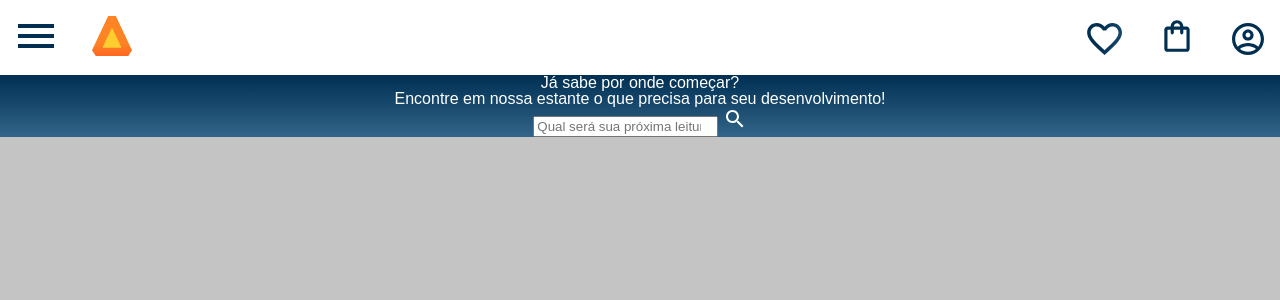
Repository: DamnDTX/projeto-mobile
Page: index.html
These files come from the project's save history. The page is drawn as it stood at one moment and after the next save; the edit follows.
The browser window is 1280 px wide. The pictures show the whole page.

Above is the page before, as saved 2023-07-28 09:30:19.

After the next save:
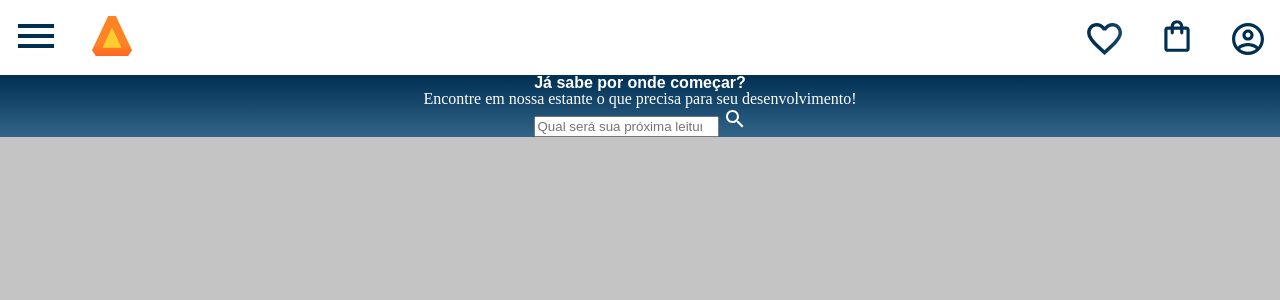
Saved 69 s later.
--- a/styles/banner.css
+++ b/styles/banner.css
@@ -11,6 +11,10 @@
 .banner{
     background:linear-gradient(#002F52, #326589) ;
     color: var(--cor-fonte-banner);
-    font-family: var(--fonte-geral);
     text-align: center;
 }
+
+.banner__titulo{
+    font-family: var(--fonte-geral);
+    font-weight:700;
+}
